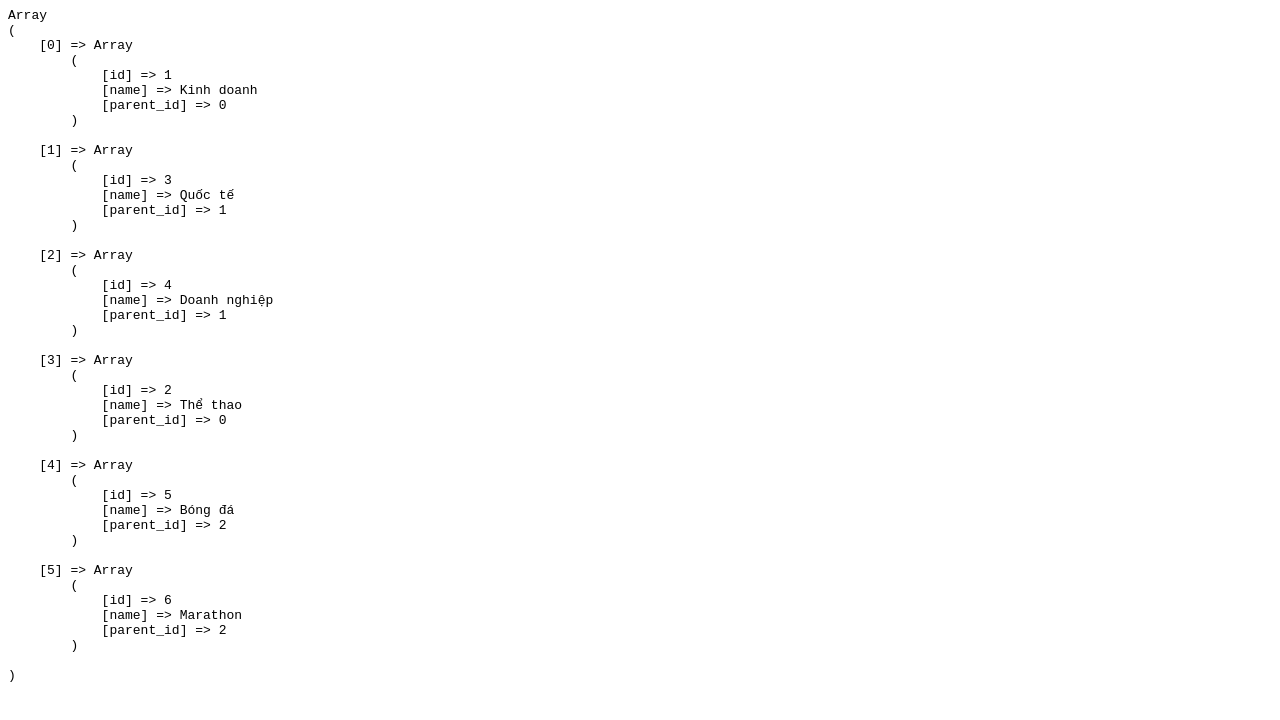
Repository: anhtu2110/backend
Page: http://localhost/backend/section-30_part_2/index.php
The author's editor kept a copy of each file at every save. The page is drawn from the files as they stood at one save, then again after the next save.
The browser window is 1280 px wide. The pictures show the whole page.
The page is run by PHP 8.4 with error messages shown; the project is at /var/www/html/.

Above is the page before, as saved 2022-12-06 15:46:13.

After the next save:
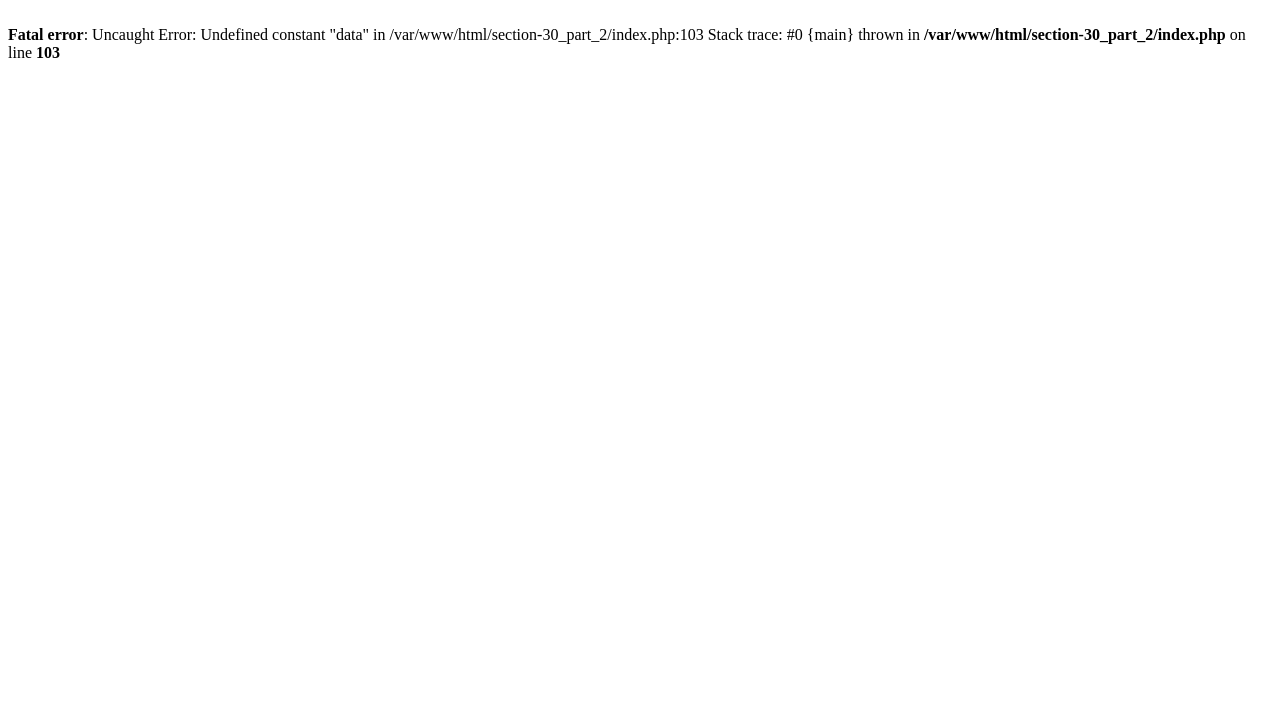
Saved 36 s later.
--- a/section-30_part_2/index.php
+++ b/section-30_part_2/index.php
@@ -98,5 +98,6 @@
         echo "</pre>";
     }
 }
-echo "<pre>";
-print_r(data_tree($data, 0));
+// echo "<pre>";
+// print_r(data_tree($data, 0));
+show_array(data_tree(data, 0));

After the save that followed:
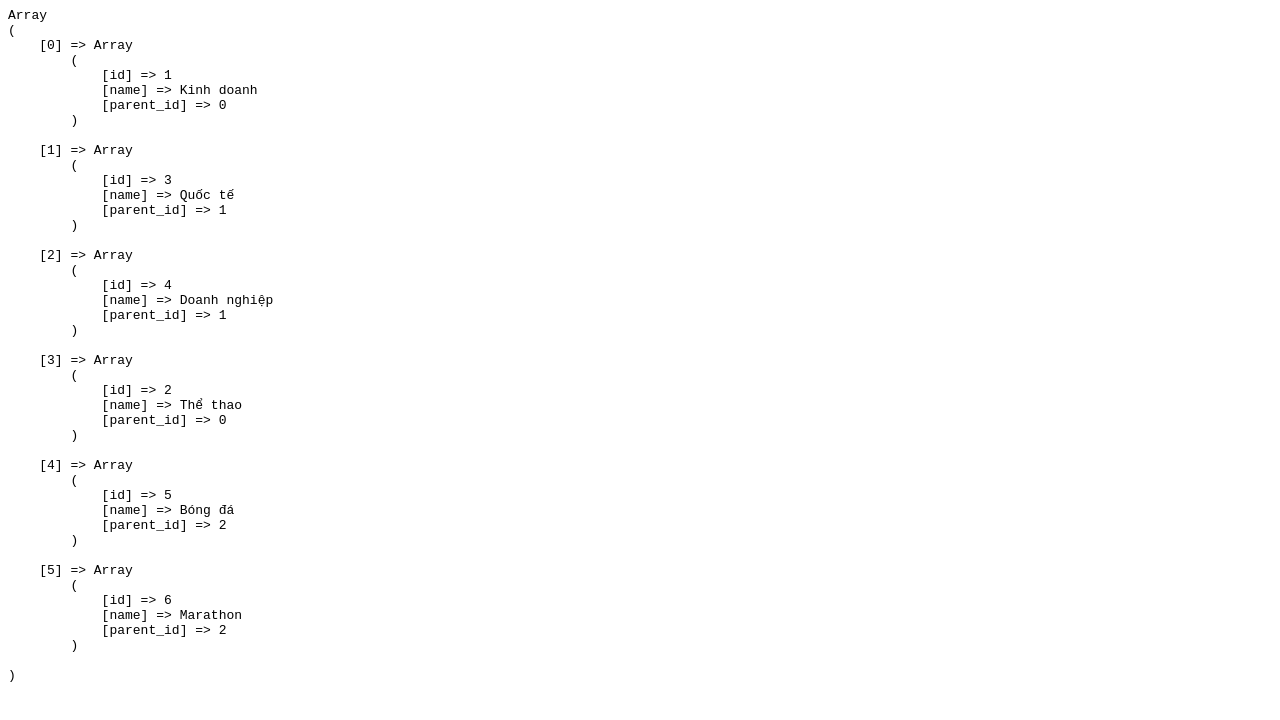
Saved 18 s later.
--- a/section-30_part_2/index.php
+++ b/section-30_part_2/index.php
@@ -100,4 +100,4 @@
 }
 // echo "<pre>";
 // print_r(data_tree($data, 0));
-show_array(data_tree(data, 0));
+show_array(data_tree($data, 0));
